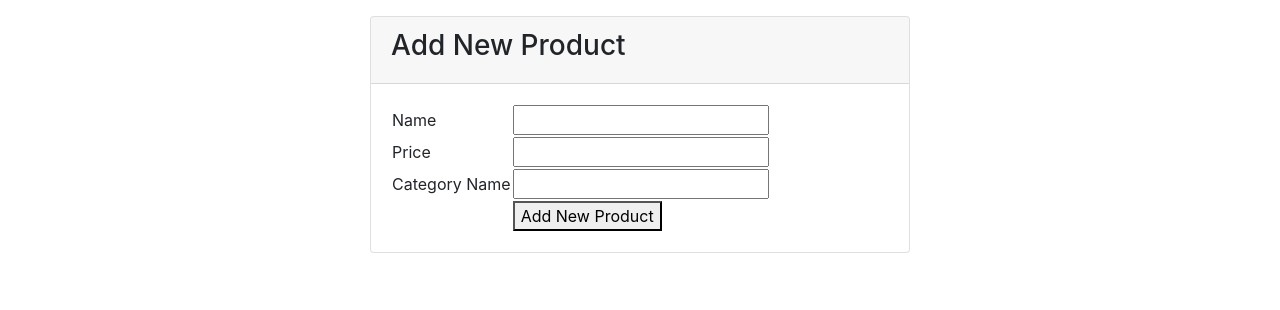
Repository: HsuMon123/Testing-Java-EE
Page: http://localhost/04-jsp-java-bean/
An editor plug-in stored every save of this project. The page is shown before and after the next save, followed by the edit.
The browser window is 1280 px wide. The pictures show the whole page.
The page is served by Tomcat 9.

Above is the page before, as saved 2020-12-17 11:56:57.

After the next save:
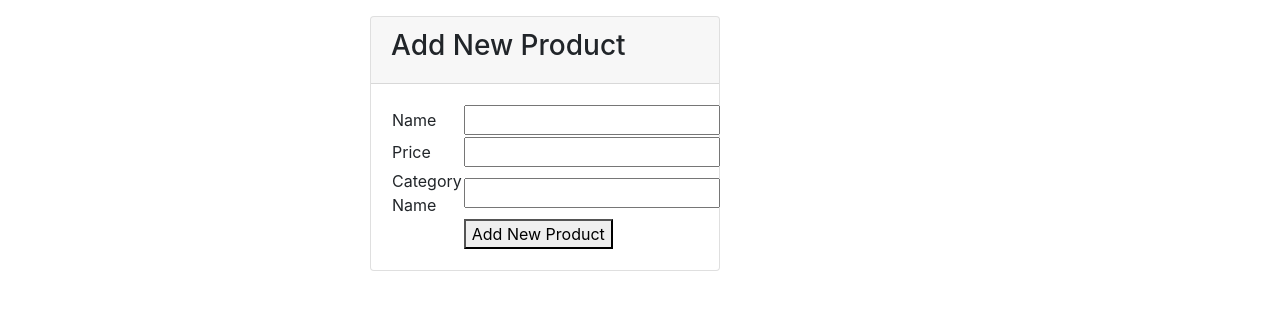
Saved 2 min 24 s later.
--- a/04-jsp-java-bean/src/main/webapp/index.jsp
+++ b/04-jsp-java-bean/src/main/webapp/index.jsp
@@ -14,7 +14,7 @@
 
 	<div class="container">
 		<div class="row mt-3">
-			<div class="col-6 offset-3">
+			<div class="col-4 offset-3">
 				<div class="card">
 				<div class="card-header">
 					<h3>Add New Product</h3>
